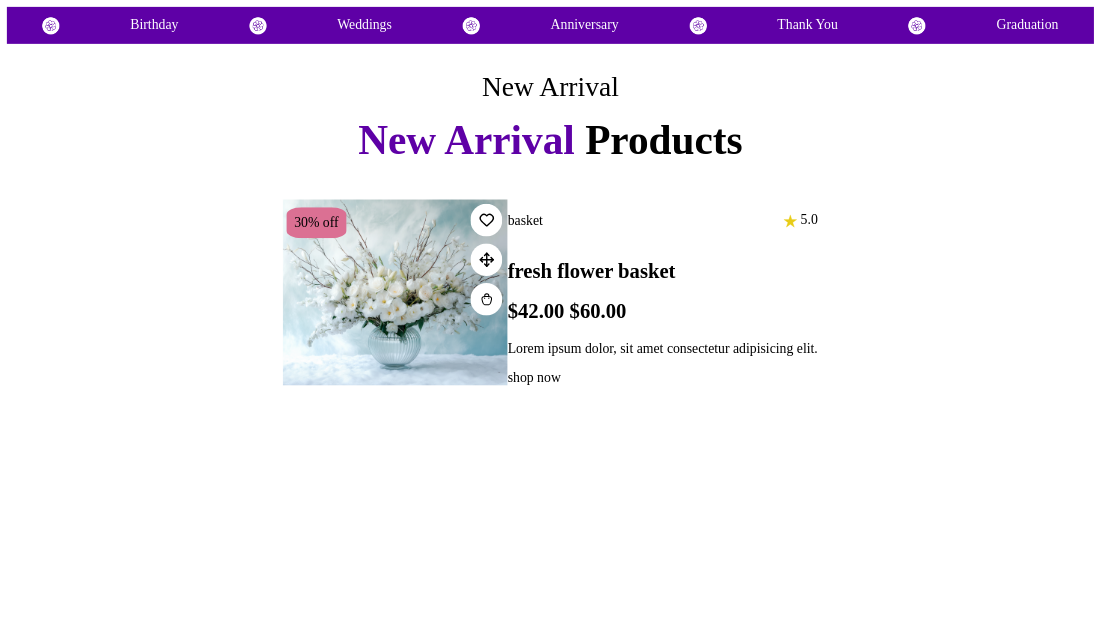
Repository: KolawoleTemilade/classroom-learning
Page: newarrival/index.html
The author's editor kept a copy of each file at every save. The page is drawn from the files as they stood at one save, then again after a run of saves.
The browser window is 1280 px wide. The pictures show the whole page, at 86% of full size.

Above is the page before, as saved 2025-10-01 23:20:41.

After the next 5 saves:
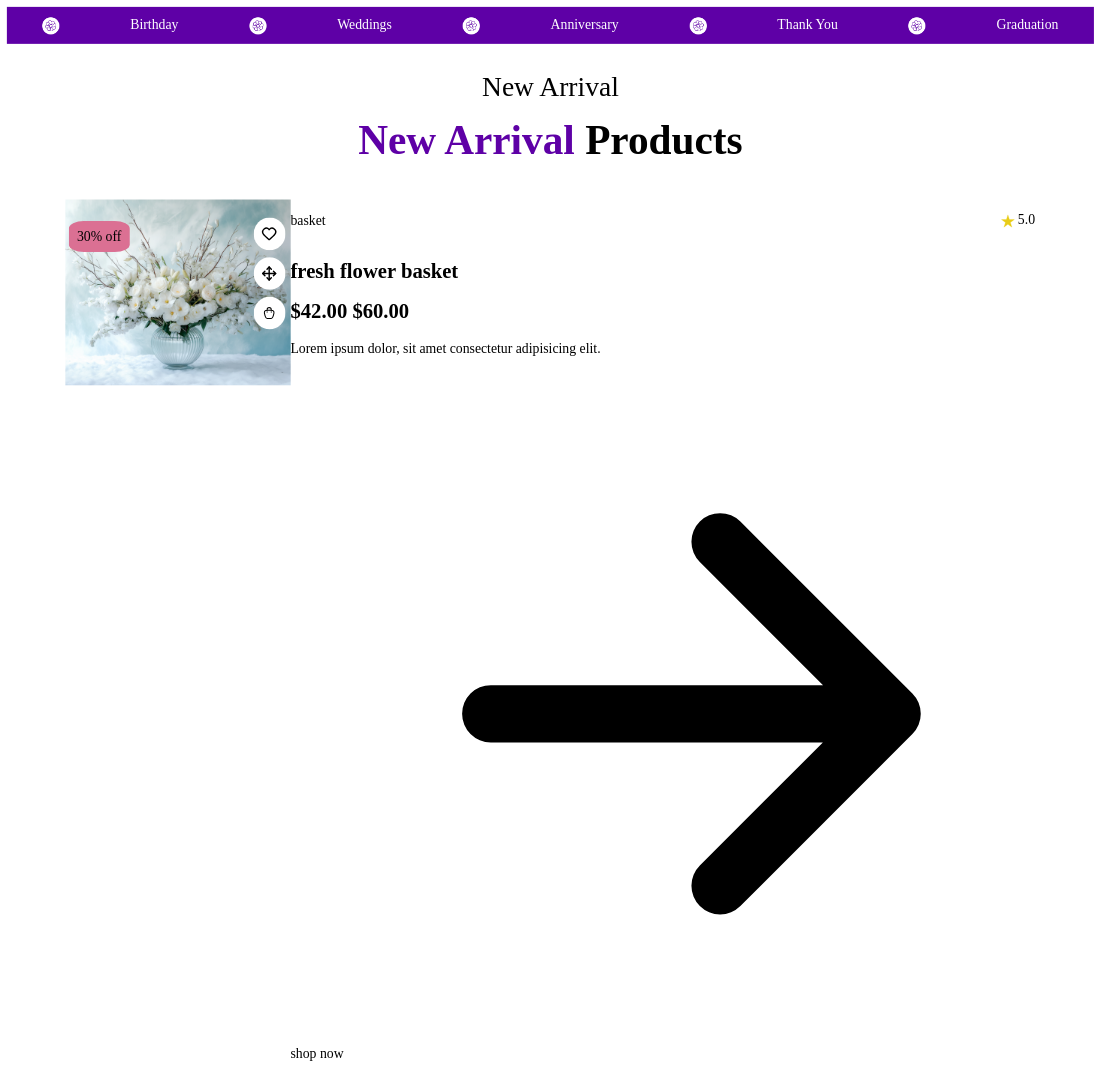
The 5 saves are shown as one change because they came seconds apart.
The last was saved 14 s later.
--- a/newarrival/index.html
+++ b/newarrival/index.html
@@ -117,7 +117,7 @@
                     </p>
                 </div>
                 <div>
-                    <p>shop now <span></span></p>
+                    <p>shop now <span><img src="./images/icons/rightarrow.svg" alt="" srcset=""></span></p>
                 </div>
             </div>
           </div>
